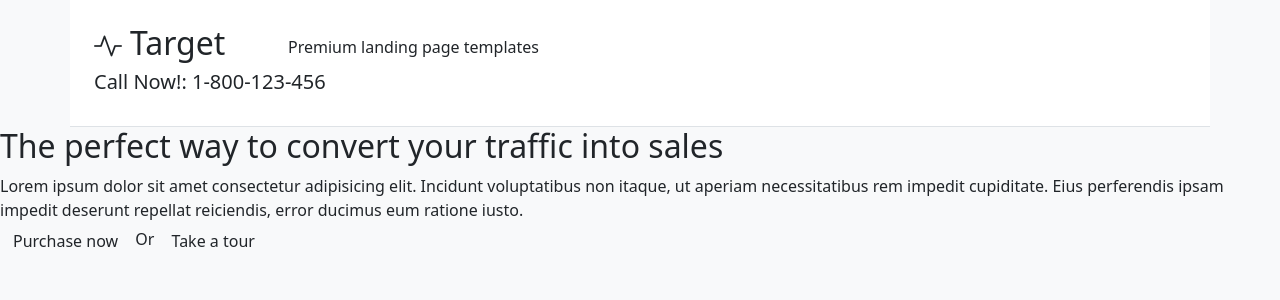
Repository: lyvandat/dh---bootstrap1
Page: index.html
The author's editor kept a copy of each file at every save. The page is drawn from the files as they stood at one save, then again after the next save.
The browser window is 1280 px wide. The pictures show the whole page.
Some web libraries are served in a nearby version.

Above is the page before, as saved 2022-11-01 19:55:35.

### index.html
<!DOCTYPE html>
<html lang="en">
  <head>
    <!-- Required meta tags -->
    <meta charset="utf-8" />
    <meta name="viewport" content="width=device-width, initial-scale=1" />

    <!-- Bootstrap CSS -->
    <link
      href="https://cdn.jsdelivr.net/npm/bootstrap@5.0.2/dist/css/bootstrap.min.css"
      rel="stylesheet"
      integrity="sha384-EVSTQN3/azprG1Anm3QDgpJLIm9Nao0Yz1ztcQTwFspd3yD65VohhpuuCOmLASjC"
      crossorigin="anonymous"
    />
    <link
      rel="stylesheet"
      href="https://cdn.jsdelivr.net/npm/bootstrap-icons@1.9.1/font/bootstrap-icons.css"
    />
    <title>Hello, world!</title>
  </head>
  <body class="bg-light">
    <section
      class="container align-items-center bg-white p-4 border-bottom border-gray"
    >
      <div class="row">
        <div class="col-2 d-inline-flex me-2">
          <i class="bi bi-activity fs-3 me-2"></i>
          <h2>Target</h2>
        </div>
        <div class="col-7 d-flex align-items-center">
          <div class="text-gray font-style-italic">
            Premium landing page templates
          </div>
        </div>
        <div class="col-3 d-flex align-items-center">
          <h3 class="fs-5">Call Now!: 1-800-123-456</h3>
        </div>
      </div>
    </section>

    <!-- intro -->
    <section>
      <div>
        <h2>The perfect way to convert your traffic into sales</h2>
        <article>
          Lorem ipsum dolor sit amet consectetur adipisicing elit. Incidunt
          voluptatibus non itaque, ut aperiam necessitatibus rem impedit
          cupiditate. Eius perferendis ipsam impedit deserunt repellat
          reiciendis, error ducimus eum ratione iusto.
        </article>
        <div>
          <button class="btn rounded-pill">Purchase now</button>
          <span>Or</span>
          <button class="btn rounded-pill">Take a tour</button>
        </div>
      </div>
    </section>

    <!-- Optional JavaScript; choose one of the two! -->

    <!-- Option 1: Bootstrap Bundle with Popper -->
    <script
      src="https://cdn.jsdelivr.net/npm/bootstrap@5.0.2/dist/js/bootstrap.bundle.min.js"
      integrity="sha384-MrcW6ZMFYlzcLA8Nl+NtUVF0sA7MsXsP1UyJoMp4YLEuNSfAP+JcXn/tWtIaxVXM"
      crossorigin="anonymous"
    ></script>
  </body>
</html>

After the next save:
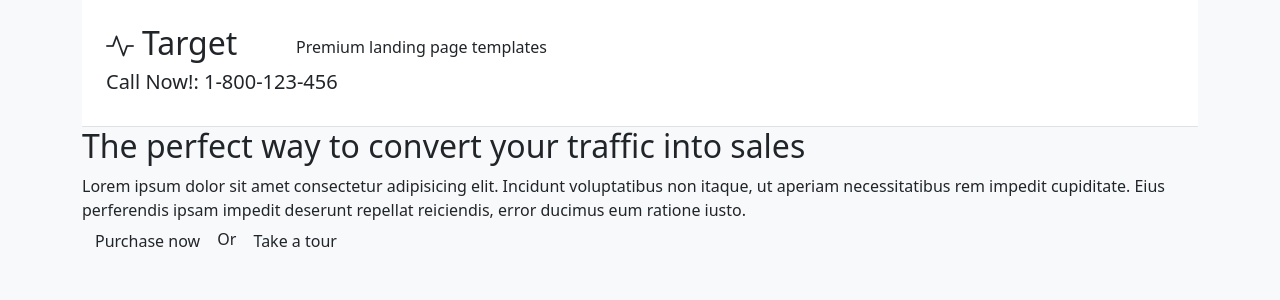
Saved 25 s later.
--- a/index.html
+++ b/index.html
@@ -18,7 +18,7 @@
     />
     <title>Hello, world!</title>
   </head>
-  <body class="bg-light">
+  <body class="container bg-light">
     <section
       class="container align-items-center bg-white p-4 border-bottom border-gray"
     >

After the save that followed:
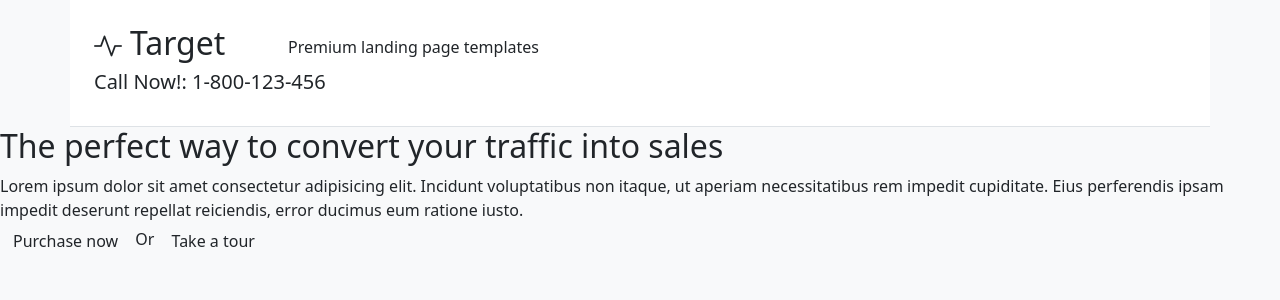
Saved 3 min 3 s later.
--- a/index.html
+++ b/index.html
@@ -18,7 +18,7 @@
     />
     <title>Hello, world!</title>
   </head>
-  <body class="container bg-light">
+  <body class="bg-light">
     <section
       class="container align-items-center bg-white p-4 border-bottom border-gray"
     >
